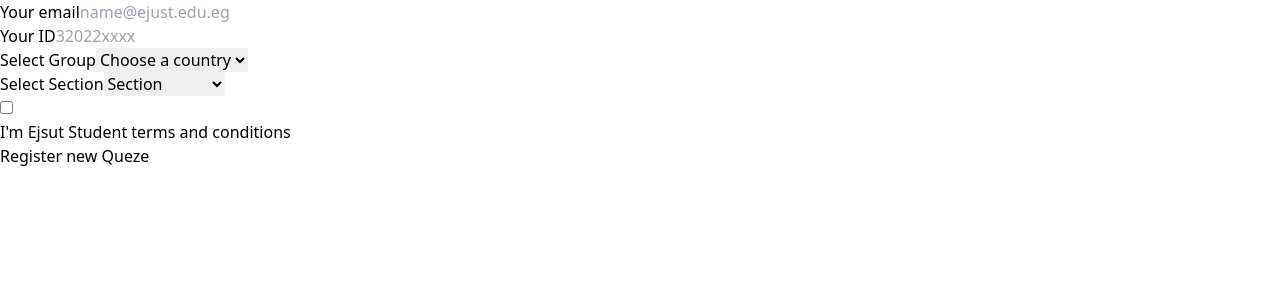
Repository: AbdalrahmanEldeep/FIBOTIC
Page: /
These files come from the project's save history. The page is drawn as it stood at one moment and after the next save; the edit follows.
The browser window is 1280 px wide. The pictures show the whole page.
The project was rebuilt for these pictures with package versions that can differ from the ones it lists, and the page was loaded fresh each time. Also part of the build but not shown: vite.config.js, src/pages/protecter.jsx, src/pages/exame.jsx.

Above is the page before, as saved 2023-01-06 22:36:15.

### index.html
<!DOCTYPE html>
<html lang="en">
  <head>
    <meta charset="UTF-8" />
    <link rel="icon" type="image/svg+xml" href="/vite.svg" />
    <meta name="viewport" content="width=device-width, initial-scale=1.0" />
    <title>FIBO</title>
    <!-- Tailwindcss -->
    <link rel="stylesheet" href="/src/global/app.css">
  </head>
  <body>
    <div id="root"></div>
    <script type="module" src="/src/main.jsx"></script>
  </body>
</html>

### src/global/app.css
/*
! tailwindcss v3.2.4 | MIT License | https://tailwindcss.com
*/

/*
1. Prevent padding and border from affecting element width. (https://github.com/mozdevs/cssremedy/issues/4)
2. Allow adding a border to an element by just adding a border-width. (https://github.com/tailwindcss/tailwindcss/pull/116)
*/

*,
::before,
::after {
  box-sizing: border-box;
  /* 1 */
  border-width: 0;
  /* 2 */
  border-style: solid;
  /* 2 */
  border-color: #e5e7eb;
  /* 2 */
}

::before,
::after {
  --tw-content: '';
}

/*
1. Use a consistent sensible line-height in all browsers.
2. Prevent adjustments of font size after orientation changes in iOS.
3. Use a more readable tab size.
4. Use the user's configured `sans` font-family by default.
5. Use the user's configured `sans` font-feature-settings by default.
*/

html {
  line-height: 1.5;
  /* 1 */
  -webkit-text-size-adjust: 100%;
  /* 2 */
  -moz-tab-size: 4;
  /* 3 */
  -o-tab-size: 4;
     tab-size: 4;
  /* 3 */
  font-family: ui-sans-serif, system-ui, -apple-system, BlinkMacSystemFont, "Segoe UI", Roboto, "Helvetica Neue", Arial, "Noto Sans", sans-serif, "Apple Color Emoji", "Segoe UI Emoji", "Segoe UI Symbol", "Noto Color Emoji";
  /* 4 */
  font-feature-settings: normal;
  /* 5 */
}

/*
1. Remove the margin in all browsers.
2. Inherit line-height from `html` so users can set them as a class directly on the `html` element.
*/

body {
  margin: 0;
  /* 1 */
  line-height: inherit;
  /* 2 */
}

/*
1. Add the correct height in Firefox.
2. Correct the inheritance of border color in Firefox. (https://bugzilla.mozilla.org/show_bug.cgi?id=190655)
3. Ensure horizontal rules are visible by default.
*/

hr {
  height: 0;
  /* 1 */
  color: inherit;
  /* 2 */
  border-top-width: 1px;
  /* 3 */
}

/*
Add the correct text decoration in Chrome, Edge, and Safari.
*/

abbr:where([title]) {
  -webkit-text-decoration: underline dotted;
          text-decoration: underline dotted;
}

/*
Remove the default font size and weight for headings.
*/

h1,
h2,
h3,
h4,
h5,
h6 {
  font-size: inherit;
  font-weight: inherit;
}

/*
Reset links to optimize for opt-in styling instead of opt-out.
*/

a {
  color: inherit;
  text-decoration: inherit;
}

/*
Add the correct font weight in Edge and Safari.
*/

b,
strong {
  font-weight: bolder;
}

/*
1. Use the user's configured `mono` font family by default.
2. Correct the odd `em` font sizing in all browsers.
*/

code,
kbd,
samp,
pre {
  font-family: ui-monospace, SFMono-Regular, Menlo, Monaco, Consolas, "Liberation Mono", "Courier New", monospace;
  /* 1 */
  font-size: 1em;
  /* 2 */
}

/*
Add the correct font size in all browsers.
*/

small {
  font-size: 80%;
}

/*
Prevent `sub` and `sup` elements from affecting the line height in all browsers.
*/

sub,
sup {
  font-size: 75%;
  line-height: 0;
  position: relative;
  vertical-align: baseline;
}

sub {
  bottom: -0.25em;
}

sup {
  top: -0.5em;
}

/*
1. Remove text indentation from table contents in Chrome and Safari. (https://bugs.chromium.org/p/chromium/issues/detail?id=999088, https://bugs.webkit.org/show_bug.cgi?id=201297)
2. Correct table border color inheritance in all Chrome and Safari. (https://bugs.chromium.org/p/chromium/issues/detail?id=935729, https://bugs.webkit.org/show_bug.cgi?id=195016)
3. Remove gaps between table borders by default.
*/

table {
  text-indent: 0;
  /* 1 */
  border-color: inherit;
  /* 2 */
  border-collapse: collapse;
  /* 3 */
}

/*
1. Change the font styles in all browsers.
2. Remove the margin in Firefox and Safari.
3. Remove default padding in all browsers.
*/

button,
input,
optgroup,
select,
textarea {
  font-family: inherit;
  /* 1 */
  font-size: 100%;
  /* 1 */
  font-weight: inherit;
  /* 1 */
  line-height: inherit;
  /* 1 */
  color: inherit;
  /* 1 */
  margin: 0;
  /* 2 */
  padding: 0;
  /* 3 */
}

/*
Remove the inheritance of text transform in Edge and Firefox.
*/

button,
select {
  text-transform: none;
}

/*
1. Correct the inability to style clickable types in iOS and Safari.
2. Remove default button styles.
*/

button,
[type='button'],
[type='reset'],
[type='submit'] {
  -webkit-appearance: button;
  /* 1 */
  background-color: transparent;
  /* 2 */
  background-image: none;
  /* 2 */
}

/*
Use the modern Firefox focus style for all focusable elements.
*/

:-moz-focusring {
  outline: auto;
}

/*
Remove the additional `:invalid` styles in Firefox. (https://github.com/mozilla/gecko-dev/blob/2f9eacd9d3d995c937b4251a5557d95d494c9be1/layout/style/res/forms.css#L728-L737)
*/

:-moz-ui-invalid {
  box-shadow: none;
}

/*
Add the correct vertical alignment in Chrome and Firefox.
*/

progress {
  vertical-align: baseline;
}

/*
Correct the cursor style of increment and decrement buttons in Safari.
*/

::-webkit-inner-spin-button,
::-webkit-outer-spin-button {
  height: auto;
}

/*
1. Correct the odd appearance in Chrome and Safari.
2. Correct the outline style in Safari.
*/

[type='search'] {
  -webkit-appearance: textfield;
  /* 1 */
  outline-offset: -2px;
  /* 2 */
}

/*
Remove the inner padding in Chrome and Safari on macOS.
*/

::-webkit-search-decoration {
  -webkit-appearance: none;
}

/*
1. Correct the inability to style clickable types in iOS and Safari.
2. Change font properties to `inherit` in Safari.
*/

::-webkit-file-upload-button {
  -webkit-appearance: button;
  /* 1 */
  font: inherit;
  /* 2 */
}

/*
Add the correct display in Chrome and Safari.
*/

summary {
  display: list-item;
}

/*
Removes the default spacing and border for appropriate elements.
*/

blockquote,
dl,
dd,
h1,
h2,
h3,
h4,
h5,
h6,
hr,
figure,
p,
pre {
  margin: 0;
}

fieldset {
  margin: 0;
  padding: 0;
}

legend {
  padding: 0;
}

ol,
ul,
menu {
  list-style: none;
  margin: 0;
  padding: 0;
}

/*
Prevent resizing textareas horizontally by default.
*/

textarea {
  resize: vertical;
}

/*
1. Reset the default placeholder opacity in Firefox. (https://github.com/tailwindlabs/tailwindcss/issues/3300)
2. Set the default placeholder color to the user's configured gray 400 color.
*/

input::-moz-placeholder, textarea::-moz-placeholder {
  opacity: 1;
  /* 1 */
  color: #9ca3af;
  /* 2 */
}

input::placeholder,
textarea::placeholder {
  opacity: 1;
  /* 1 */
  color: #9ca3af;
  /* 2 */
}

/*
Set the default cursor for buttons.
*/

button,
[role="button"] {
  cursor: pointer;
}

/*
Make sure disabled buttons don't get the pointer cursor.
*/

:disabled {
  cursor: default;
}

/*
1. Make replaced elements `display: block` by default. (https://github.com/mozdevs/cssremedy/issues/14)
2. Add `vertical-align: middle` to align replaced elements more sensibly by default. (https://github.com/jensimmons/cssremedy/issues/14#issuecomment-634934210)
   This can trigger a poorly considered lint error in some tools but is included by design.
*/

img,
svg,
video,
canvas,
audio,
iframe,
embed,
object {
  display: block;
  /* 1 */
  vertical-align: middle;
  /* 2 */
}

/*
Constrain images and videos to the parent width and preserve their intrinsic aspect ratio. (https://github.com/mozdevs/cssremedy/issues/14)
*/

img,
video {
  max-width: 100%;
  height: auto;
}

/* Make elements with the HTML hidden attribute stay hidden by default */

[hidden] {
  display: none;
}

*, ::before, ::after {
  --tw-border-spacing-x: 0;
  --tw-border-spacing-y: 0;
  --tw-translate-x: 0;
  --tw-translate-y: 0;
  --tw-rotate: 0;
  --tw-skew-x: 0;
  --tw-skew-y: 0;
  --tw-scale-x: 1;
  --tw-scale-y: 1;
  --tw-pan-x:  ;
  --tw-pan-y:  ;
  --tw-pinch-zoom:  ;
  --tw-scroll-snap-strictness: proximity;
  --tw-ordinal:  ;
  --tw-slashed-zero:  ;
  --tw-numeric-figure:  ;
  --tw-numeric-spacing:  ;
  --tw-numeric-fraction:  ;
  --tw-ring-inset:  ;
  --tw-ring-offset-width: 0px;
  --tw-ring-offset-color: #fff;
  --tw-ring-color: rgb(59 130 246 / 0.5);
  --tw-ring-offset-shadow: 0 0 #0000;
  --tw-ring-shadow: 0 0 #0000;
  --tw-shadow: 0 0 #0000;
  --tw-shadow-colored: 0 0 #0000;
  --tw-blur:  ;
  --tw-brightness:  ;
  --tw-contrast:  ;
  --tw-grayscale:  ;
  --tw-hue-rotate:  ;
  --tw-invert:  ;
  --tw-saturate:  ;
  --tw-sepia:  ;
  --tw-drop-shadow:  ;
  --tw-backdrop-blur:  ;
  --tw-backdrop-brightness:  ;
  --tw-backdrop-contrast:  ;
  --tw-backdrop-grayscale:  ;
  --tw-backdrop-hue-rotate:  ;
  --tw-backdrop-invert:  ;
  --tw-backdrop-opacity:  ;
  --tw-backdrop-saturate:  ;
  --tw-backdrop-sepia:  ;
}

::backdrop {
  --tw-border-spacing-x: 0;
  --tw-border-spacing-y: 0;
  --tw-translate-x: 0;
  --tw-translate-y: 0;
  --tw-rotate: 0;
  --tw-skew-x: 0;
  --tw-skew-y: 0;
  --tw-scale-x: 1;
  --tw-scale-y: 1;
  --tw-pan-x:  ;
  --tw-pan-y:  ;
  --tw-pinch-zoom:  ;
  --tw-scroll-snap-strictness: proximity;
  --tw-ordinal:  ;
  --tw-slashed-zero:  ;
  --tw-numeric-figure:  ;
  --tw-numeric-spacing:  ;
  --tw-numeric-fraction:  ;
  --tw-ring-inset:  ;
  --tw-ring-offset-width: 0px;
  --tw-ring-offset-color: #fff;
  --tw-ring-color: rgb(59 130 246 / 0.5);
  --tw-ring-offset-shadow: 0 0 #0000;
  --tw-ring-shadow: 0 0 #0000;
  --tw-shadow: 0 0 #0000;
  --tw-shadow-colored: 0 0 #0000;
  --tw-blur:  ;
  --tw-brightness:  ;
  --tw-contrast:  ;
  --tw-grayscale:  ;
  --tw-hue-rotate:  ;
  --tw-invert:  ;
  --tw-saturate:  ;
  --tw-sepia:  ;
  --tw-drop-shadow:  ;
  --tw-backdrop-blur:  ;
  --tw-backdrop-brightness:  ;
  --tw-backdrop-contrast:  ;
  --tw-backdrop-grayscale:  ;
  --tw-backdrop-hue-rotate:  ;
  --tw-backdrop-invert:  ;
  --tw-backdrop-opacity:  ;
  --tw-backdrop-saturate:  ;
  --tw-backdrop-sepia:  ;
}

### src/main.jsx
import ReactDOM  from "react-dom/client";
import { Root } from "./router/Root";
import 'flowbite';

const root = ReactDOM.createRoot(document.querySelector("#root"));

root.render(
  <Root/>
)

### src/router/Root.jsx
import React from 'react'
import { BrowserRouter, Route, Routes } from 'react-router-dom'
import Home from '../pages/home'
import Protecter from '../pages/protecter'
import Aboute from '../pages/exame'

export const Root = () => {
  return (
    <BrowserRouter>
        <Routes>
            <Route path="/" element={<Protecter statuse={true}><Home/></Protecter>}/>
            <Route path="/exame" element={<Protecter statuse={true}><Aboute/></Protecter>}/>
        </Routes>
    </BrowserRouter>
  )
}

### src/pages/home.jsx
import React from 'react'
import { Form } from '../components/Form'

export default function Home() {
  return (
    <>
      <Form/>
    </>
  )
}

### src/components/Form.jsx
import React from 'react'

export const Form = () => {
  return (

        <form>
            <div className="mb-6">
                <label htmlFor="email" className="block mb-2 text-sm font-medium text-gray-900 dark:text-white">Your email</label>
                <input type="email" id="email" className="shadow-sm bg-gray-50 border border-gray-300 text-gray-900 text-sm rounded focus:ring-blue-500 focus:border-blue-500 block w-full p-2.5 dark:bg-gray-700 dark:border-gray-600 dark:placeholder-gray-400 dark:text-white dark:focus:ring-blue-500 dark:focus:border-blue-500 dark:shadow-sm-light" placeholder="name@ejust.edu.eg" required />
            </div>
            <div className="mb-6">
                <label htmlFor="stdid" className="block mb-2 text-sm font-medium text-gray-900 dark:text-white">Your ID</label>
                <input type="text" id="stdid" placeholder='32022xxxx' className="shadow-sm bg-gray-50 border border-gray-300 text-gray-900 text-sm rounded focus:ring-blue-500 focus:border-blue-500 block w-full p-2.5 dark:bg-gray-700 dark:border-gray-600 dark:placeholder-gray-400 dark:text-white dark:focus:ring-blue-500 dark:focus:border-blue-500 dark:shadow-sm-light" required />
            </div>
            <div className="flex flex-col gap-2 items-start mb-6">
                <label for="countries" class="block mb-2 text-sm font-medium text-gray-900 dark:text-white">Select Group</label>
                <select id="countries" class="bg-gray-50 border border-gray-300 text-gray-900 text-sm rounded focus:ring-blue-500 focus:border-blue-500 block w-full p-2.5 dark:bg-gray-700 dark:border-gray-600 dark:placeholder-gray-400 dark:text-white dark:focus:ring-blue-500 dark:focus:border-blue-500">
                    <option selected>Choose a country</option>
                    <option value="US">United States</option>
                    <option value="CA">Canada</option>
                    <option value="FR">France</option>
                    <option value="DE">Germany</option>
                </select>
            </div>
            <div className="flex flex-col gap-2 items-start mb-6">
                <label for="countries" class="block mb-2 text-sm font-medium text-gray-900 dark:text-white">Select Section</label>
                <select id="countries" class="bg-gray-50 border border-gray-300 text-gray-900 text-sm rounded focus:ring-blue-500 focus:border-blue-500 block w-full p-2.5 dark:bg-gray-700 dark:border-gray-600 dark:placeholder-gray-400 dark:text-white dark:focus:ring-blue-500 dark:focus:border-blue-500">
                    <option selected>Section</option>
                    <option value="US">United States</option>
                    <option value="CA">Canada</option>
                    <option value="FR">France</option>
                    <option value="DE">Germany</option>
                </select>
            </div>
            <div className="flex items-start mb-6">
                <div className="flex items-center h-5">
                <input id="terms" type="checkbox" value="" className="w-4 h-4 border border-gray-300 rounded bg-gray-50 focus:ring-3 focus:ring-blue-300 dark:bg-gray-700 dark:border-gray-600 dark:focus:ring-blue-600 dark:ring-offset-gray-800" required />
                </div>
                <label htmlFor="terms" className="ml-2 text-sm font-medium text-gray-900 dark:text-gray-300">I'm Ejsut Student  <a href="#" className="text-blue-600 hover:underline dark:text-blue-500">terms and conditions</a></label>
            </div>
            <button type="submit" className="text-white bg-blue-700 hover:bg-blue-800 focus:ring-4 focus:outline-none focus:ring-blue-300 font-medium rounded text-sm px-5 py-2.5 text-center dark:bg-blue-600 dark:hover:bg-blue-700 dark:focus:ring-blue-800">Register new Queze</button>
        </form>


  )
}

After the next save:
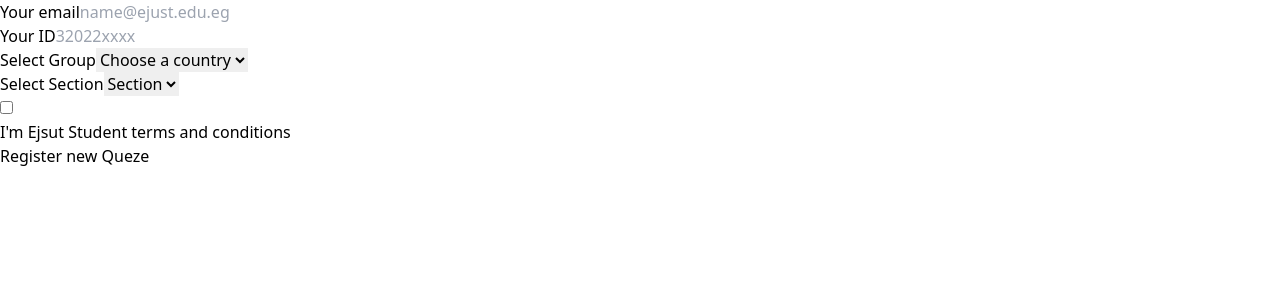
Saved 59 s later.
--- a/src/components/Form.jsx
+++ b/src/components/Form.jsx
@@ -26,10 +26,9 @@ export const Form = () => {
                 <label for="countries" class="block mb-2 text-sm font-medium text-gray-900 dark:text-white">Select Section</label>
                 <select id="countries" class="bg-gray-50 border border-gray-300 text-gray-900 text-sm rounded focus:ring-blue-500 focus:border-blue-500 block w-full p-2.5 dark:bg-gray-700 dark:border-gray-600 dark:placeholder-gray-400 dark:text-white dark:focus:ring-blue-500 dark:focus:border-blue-500">
                     <option selected>Section</option>
-                    <option value="US">United States</option>
-                    <option value="CA">Canada</option>
-                    <option value="FR">France</option>
-                    <option value="DE">Germany</option>
+                    <option value="US">1</option>
+                    <option value="CA">2</option>
+                    <option value="FR">3</option>
                 </select>
             </div>
             <div className="flex items-start mb-6">
